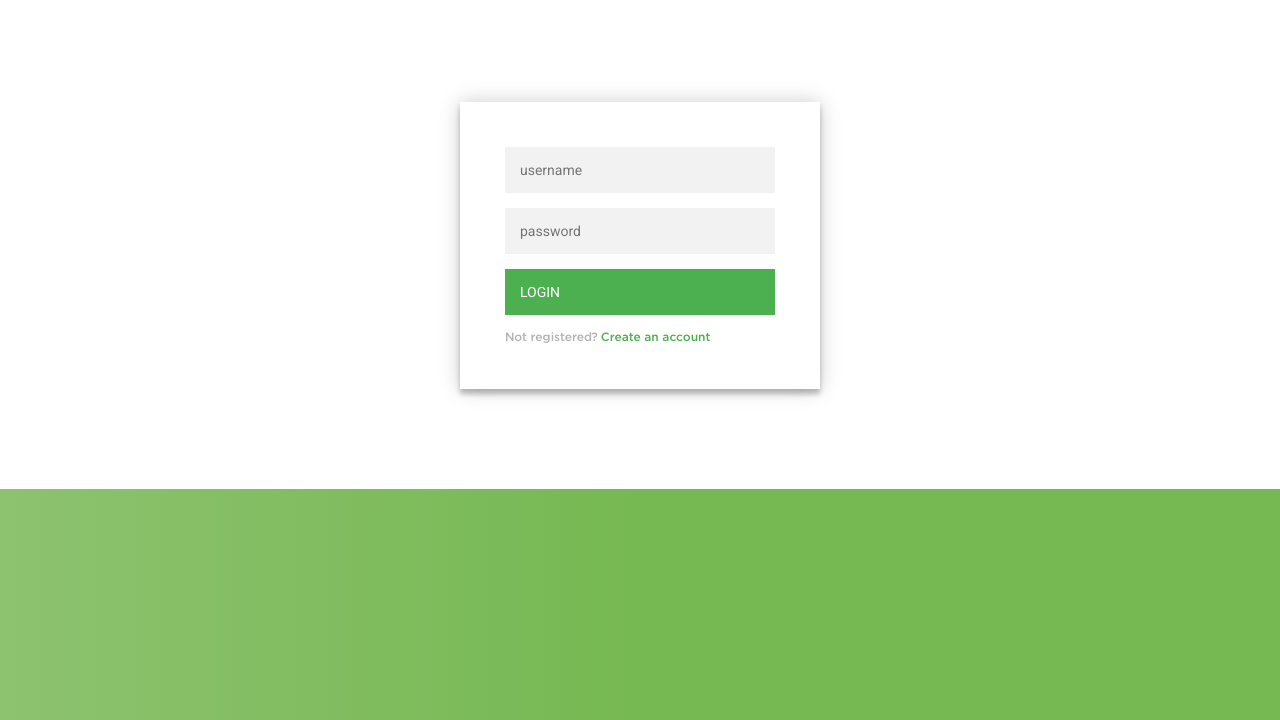
Repository: LDDUNG2003/prj_2
Page: /login
The author's editor kept a copy of each file at every save. The page is drawn from the files as they stood at one save, then again after the next save.
The browser window is 1280 px wide. The pictures show the whole page.
The project was rebuilt for these pictures with package versions that can differ from the ones it lists, and the page was loaded fresh each time. Also part of the build but not shown: src/layouts/header/itemsHeader/index.js, src/layouts/header/login/index.js, src/layouts/header/index.js, src/layouts/footer/index.js, src/layouts/defaultLayout/index.js, src/styles/css/home.css, src/font-awesome/index.js, src/pages/home/setProductSlick/index.js and 7 more.

Above is the page before, as saved 2023-09-22 11:23:16.

After the next save:
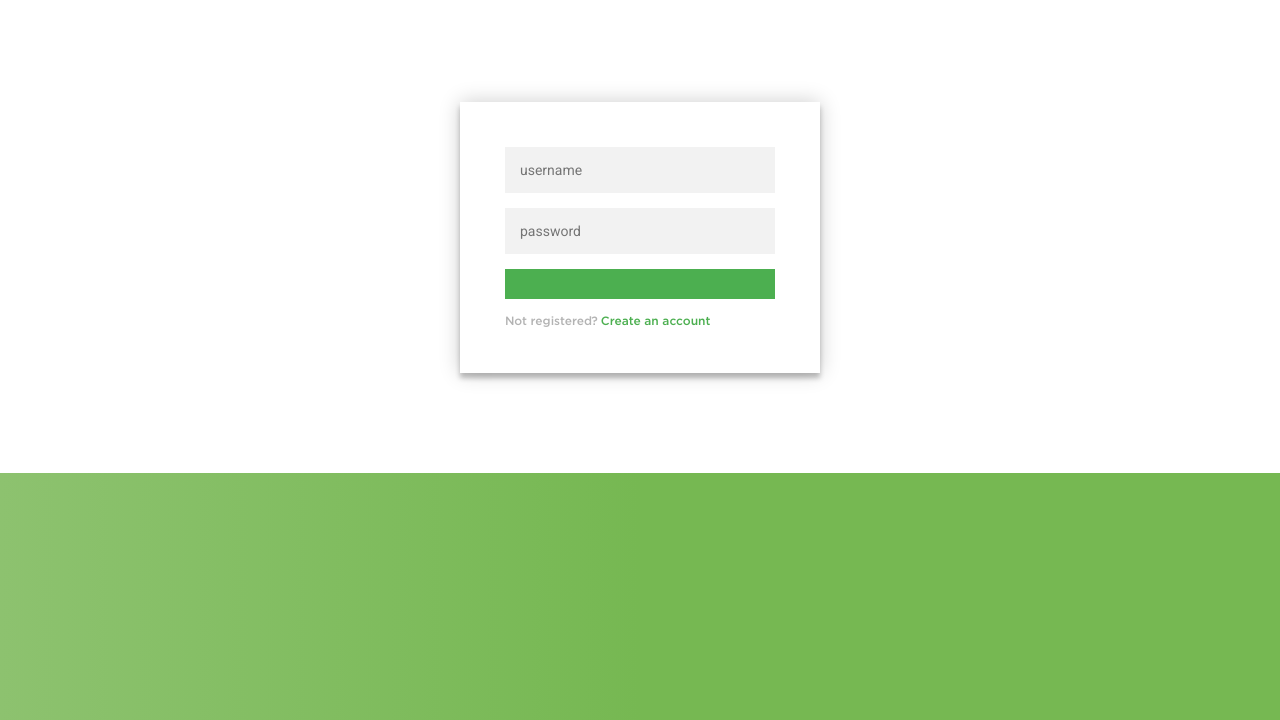
Saved 22 s later.
--- a/src/pages/login/index.js
+++ b/src/pages/login/index.js
@@ -14,7 +14,7 @@
                 <form className="login-form">
                 <input type="text" placeholder="username" />
                 <input type="password" placeholder="password" />
-                <button>login</button>
+                <button></button>
                 <p className="message">Not registered? <Link to="/">Create an account</Link></p>
                 </form>
             </div>

After the save that followed:
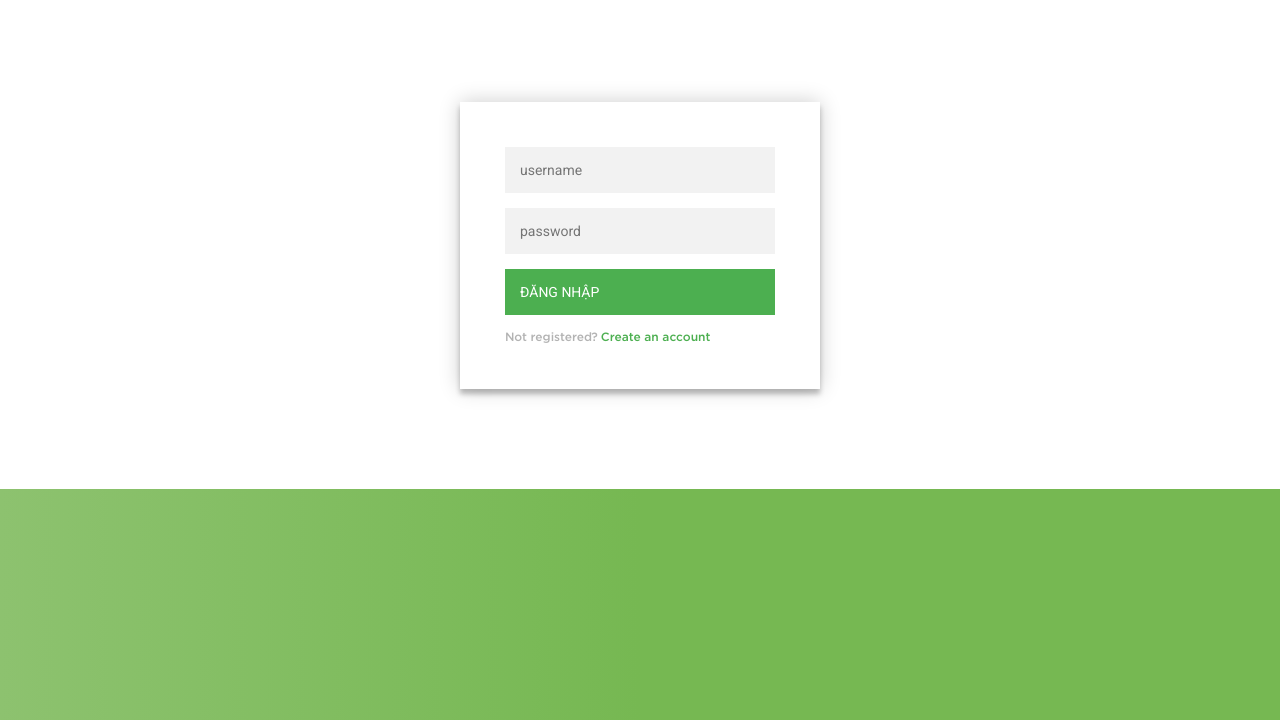
Saved 13 s later.
--- a/src/pages/login/index.js
+++ b/src/pages/login/index.js
@@ -14,7 +14,7 @@
                 <form className="login-form">
                 <input type="text" placeholder="username" />
                 <input type="password" placeholder="password" />
-                <button></button>
+                <button>Đăng Nhập</button>
                 <p className="message">Not registered? <Link to="/">Create an account</Link></p>
                 </form>
             </div>
